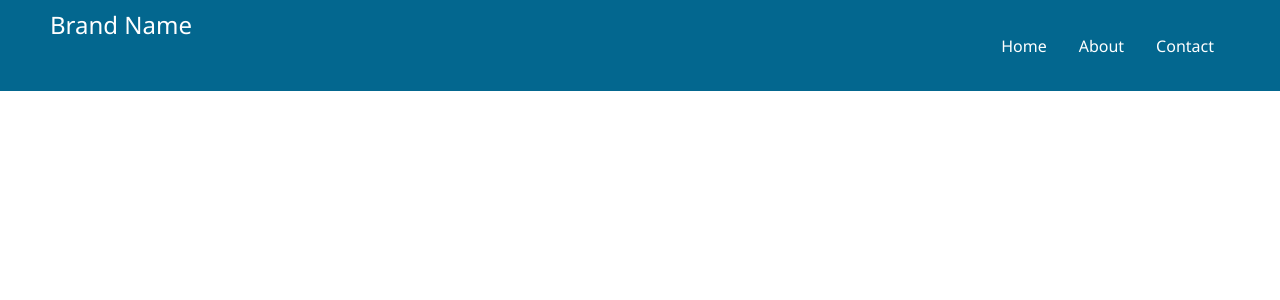
Repository: Jrap-bit/PeriodofSharing
Page: index.html
These files come from the project's save history. The page is drawn as it stood at one moment and after a run of saves; the edit follows.
The browser window is 1280 px wide. The pictures show the whole page.

Above is the page before, as saved 2022-01-12 21:10:19.

### index.html
<!DOCTYPE html>
<html lang="en">
<head>
    <meta charset="UTF-8">
    <meta http-equiv="X-UA-Compatible" content="IE=edge">
    <meta name="viewport" content="width=device-width, initial-scale=1.0">
    <link rel='stylesheet' href = 'style.css'>
    <title>Women</title>
</head>
<body>
    <nav class="navbar">
        <div class="brand-title">
            Brand Name
        </div>
        <a href="#" class="toggle-button">
            <span class="bar"></span>
            <span class="bar"></span>
            <span class="bar"></span>
        </a>
        <div class="navbar-links">
            <ul>
                <li><a href="#Home">Home</a></li>
                <li><a href="#About">About</a></li>
                <li><a href="#Contact">Contact</a></li>
            </ul>
        </div>
    </nav>
</body>
</html>

### style.css
* {
    box-sizing: border-box;
    font-family: 'Segoe UI', Tahoma, Geneva, Verdana, sans-serif;
}

body {
    margin: 0;
    padding: 0;
}

html{
    scroll-behavior: smooth;
}

.navbar{
    display: flex;
    justify-content: space-between;
    align-items: center;
    background-color: rgb(3, 103, 143);
    color: white;

}

.brand-title{
    font-size: 1.5rem;
    margin: .5rem 50px;
    margin-bottom: 50px;

}

.navbar-links ul{
    margin: 0 50px;
    padding: 0;
    display: flex;
}

.navbar-links li {
    list-style: none;

}

.navbar-links li a{
    text-decoration: none;
    color: white;
    padding: 1rem;
    display: block;
}

.navbar-links li:hover{
    background-color: rgb(1, 54, 75);
}

.toggle-button {
    position: absolute;
    top: .75rem;
    right: 1rem;
    display: none;
    flex-direction: column;
    justify-content: space-between;
    width: 30px;
    height: 21px;
}

.toggle-button .bar{
    height: 3px;
    width: 100%;
    background-color: white;
    border-radius: 10px;
}

@media (max-width: 800px) {
    .toggle-button{
        display: flex;
    }
    .navbar-links{
        display: none;
        width: 100%;
    }

    .navbar{
        flex-direction: column;
        align-items: flex-start;
    }

    .navbar-links ul {
        flex-direction: column;
        width: 100%;

    }

    .navbar-links li{
        text-align: center;
    }

    .navbar-links li a{
        padding: 0.5rem 1rem;
    }

    .navbar-links.active{
        display: flex;
    }

    .toggle-button:hover{
        background-color: #666;
    }
}

After the next 2 saves:
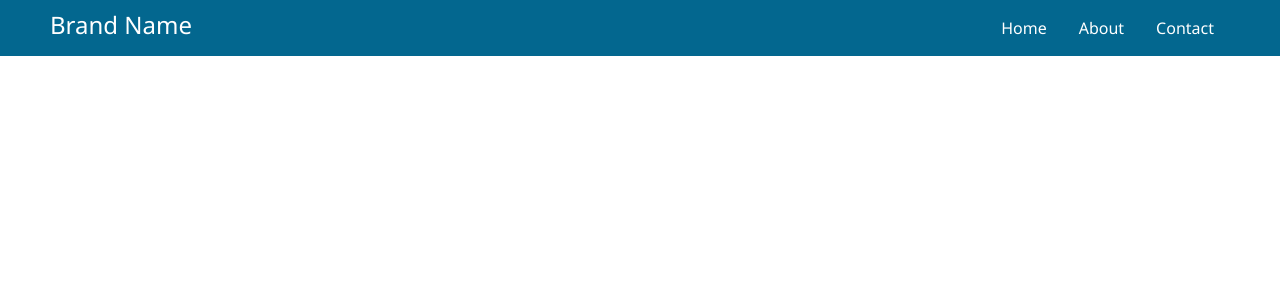
The 2 saves are shown as one change because they came seconds apart.
The last was saved 8 s later.
--- a/style.css
+++ b/style.css
@@ -24,7 +24,7 @@ html{
 .brand-title{
     font-size: 1.5rem;
     margin: .5rem 50px;
-    margin-bottom: 50px;
+    margin-bottom: 15px;
 
 }
 
